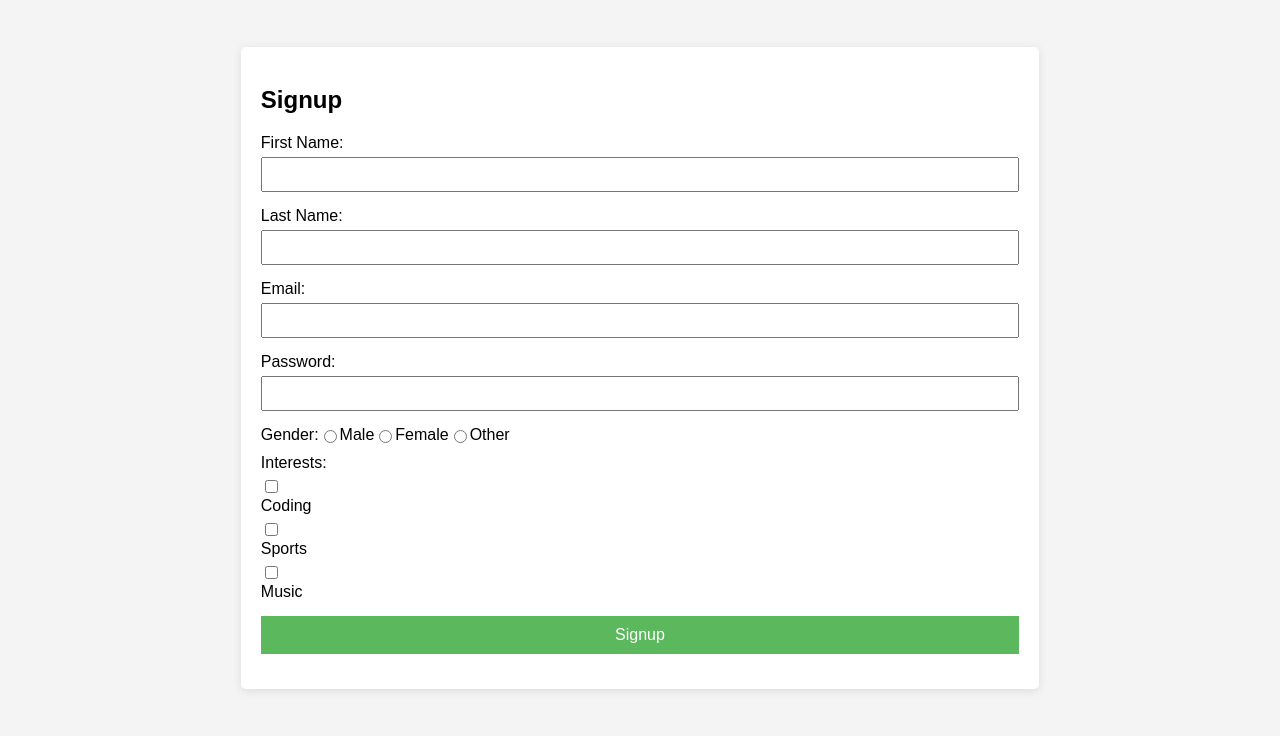
Repository: SHASHIDHAR-as/Spring
Page: spring-jsp-servelets/webapp/Webapp/src/main/webapp/Login.html
An editor plug-in stored every save of this project. The page is shown before and after the next save, followed by the edit.
The browser window is 1280 px wide. The pictures show the whole page.

Above is the page before, as saved 2024-07-30 06:25:12.

### spring-jsp-servelets/webapp/Webapp/src/main/webapp/Login.html
<!DOCTYPE html>
<html lang="en">
<head>
    <meta charset="UTF-8">
    <meta name="viewport" content="width=device-width, initial-scale=1.0">
    <title>Deloitte Signup Page</title>
    <style>
        body {
            font-family: Arial, sans-serif;
            background-color: #f4f4f4;
            display: flex;
            justify-content: center;
            align-items: center;
            height: 100vh;

        }
        .signup-form {
            background-color: #fff;
            padding: 20px;
            border-radius: 5px;
            box-shadow: 0 2px 10px rgba(0, 0, 0, 0.1);
            width:60%;
        }
        .signup-form h2 {
            margin-bottom: 20px;
        }
        .form-group {
            margin-bottom: 15px;
        }
        .form-group-w {
            display:flex;
            padding-bottom:10px;
        }
        .form-group label {
            display: block;
            margin-bottom: 5px;
        }
        .form-group input[type="text"],
        .form-group input[type="email"],
        .form-group input[type="password"] {
            width: 100%;
            padding: 8px;
            box-sizing: border-box;
        }
        .form-group input[type="radio"],
        .form-group input[type="checkbox"] {
            margin-right: 10px;
        }
        .form-group button {
            width: 100%;
            padding: 10px;
            background-color: #5cb85c;
            border: none;
            color: white;
            font-size: 16px;
            cursor: pointer;
        }
        .form-group button:hover {
            background-color: #4cae4c;
        }
    </style>
</head>
<body>
    <form class="signup-form">
        <h2>Signup</h2>
        <div class="form-group">
            <label for="firstname">First Name:</label>
            <input type="text" id="firstname" name="firstname" required>
        </div>
        <div class="form-group">
            <label for="lastname">Last Name:</label>
            <input type="text" id="lastname" name="lastname" required>
        </div>
        <div class="form-group">
            <label for="email">Email:</label>
            <input type="email" id="email" name="email" required>
        </div>
        <div class="form-group">
            <label for="password">Password:</label>
            <input type="password" id="password" name="password" required>
        </div>
        <div class="form-group-w">
            <label>Gender:</label>
            <input type="radio" id="male" name="gender" value="male" required>
            <label for="male">Male</label>
            <input type="radio" id="female" name="gender" value="female" required>
            <label for="female">Female</label>
            <input type="radio" id="other" name="gender" value="other" required>
            <label for="other">Other</label>
        </div>
        <div class="form-group">
            <label>Interests:</label>
            <input type="checkbox" id="coding" name="interests" value="coding">
            <label for="coding">Coding</label>
            <input type="checkbox" id="sports" name="interests" value="sports">
            <label for="sports">Sports</label>
            <input type="checkbox" id="music" name="interests" value="music">
            <label for="music">Music</label>
        </div>
        <div class="form-group">
            <button type="submit">Signup</button>
        </div>
    </form>
</body>
</html>

After the next save:
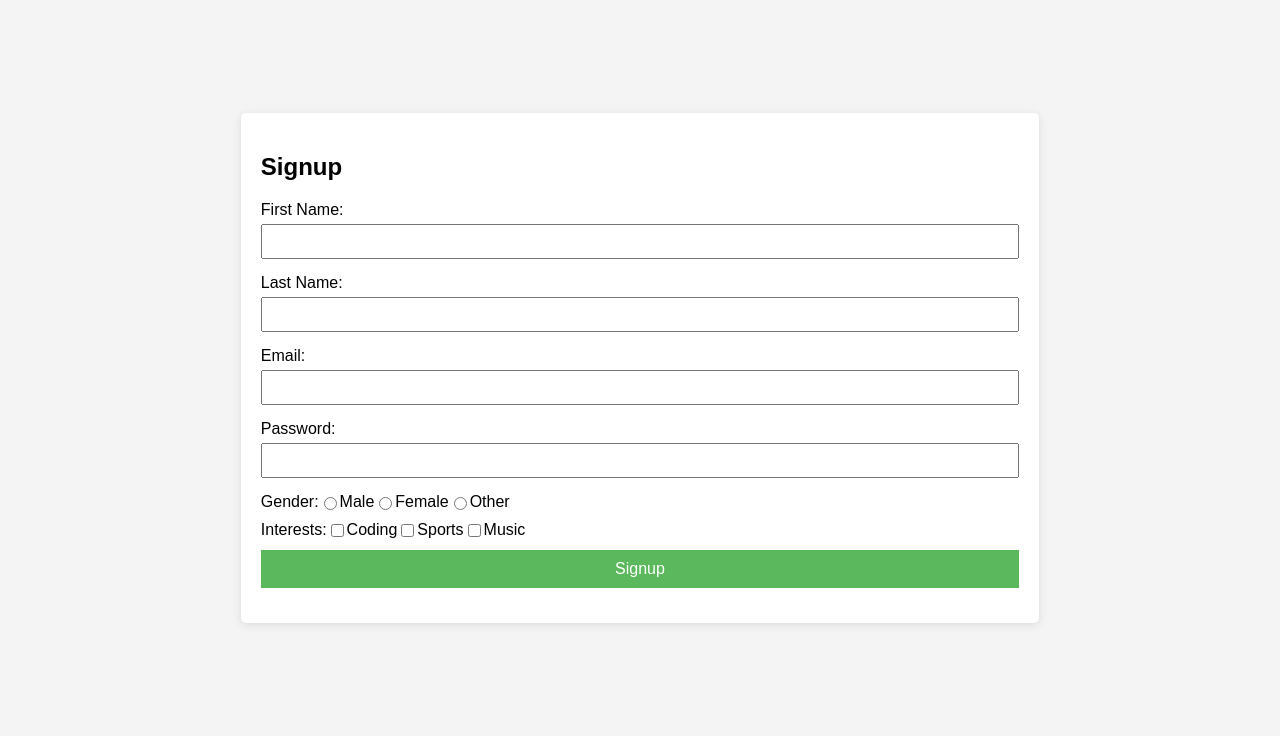
Saved 29 s later.
--- a/spring-jsp-servelets/webapp/Webapp/src/main/webapp/Login.html
+++ b/spring-jsp-servelets/webapp/Webapp/src/main/webapp/Login.html
@@ -88,7 +88,7 @@
             <input type="radio" id="other" name="gender" value="other" required>
             <label for="other">Other</label>
         </div>
-        <div class="form-group">
+        <div class="form-group-w">
             <label>Interests:</label>
             <input type="checkbox" id="coding" name="interests" value="coding">
             <label for="coding">Coding</label>
